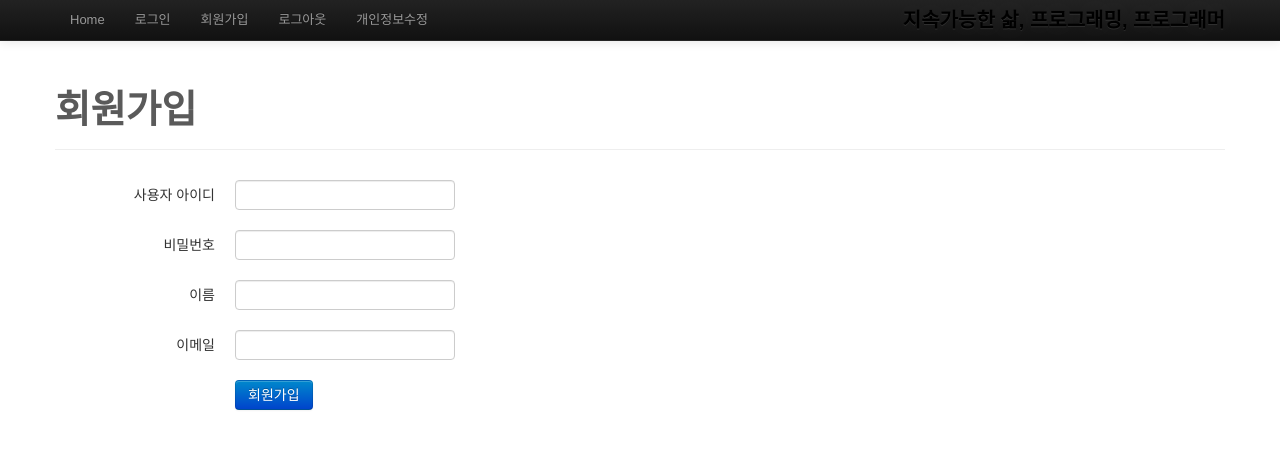
Repository: nekisse-lee/eclipse-workspace2
Page: http://localhost/member_management_jspservlet/form.jsp
The author's editor kept a copy of each file at every save. The page is drawn from the files as they stood at one save, then again after the next save.
The browser window is 1280 px wide. The pictures show the whole page.
The page is served by Tomcat 9.

Above is the page before, as saved 2017-09-21 11:42:06.

After the next save:
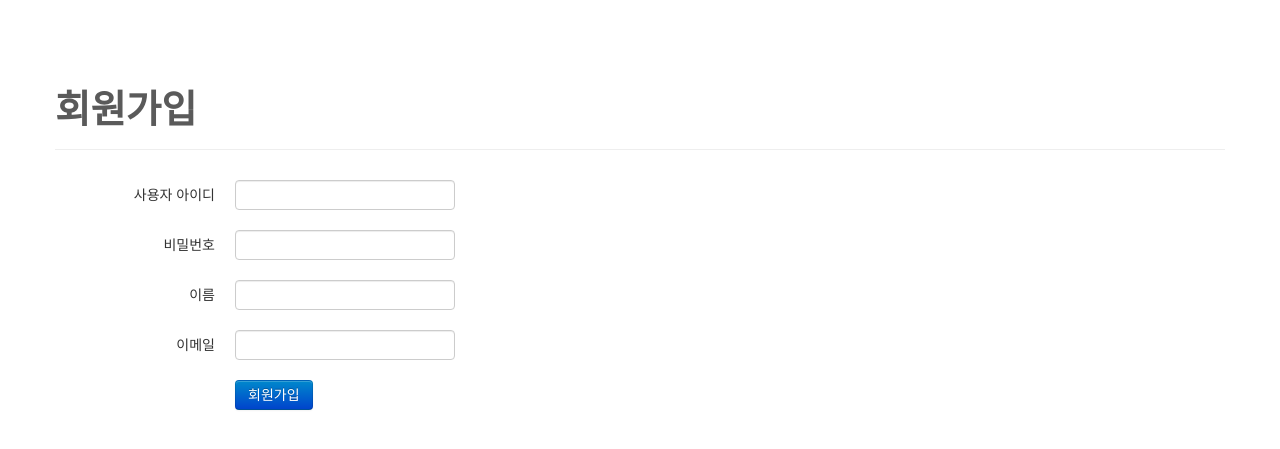
Saved 2 min 9 s later.
--- a/member_management_jspservlet/WebContent/form.jsp
+++ b/member_management_jspservlet/WebContent/form.jsp
@@ -3,31 +3,12 @@
 <!DOCTYPE html PUBLIC "-//W3C//DTD HTML 4.01 Transitional//EN" "http://www.w3.org/TR/html4/loose.dtd">
 <html>
 <head>
+
 <%@ include file="./commons/_head.jspf" %>
 
 </head>
 <body>
-    <div class="navbar navbar-inverse navbar-fixed-top">
-      <div class="navbar-inner">
-        <div class="container">
-          <button type="button" class="btn btn-navbar" data-toggle="collapse" data-target=".nav-collapse">
-            <span class="icon-bar"></span>
-            <span class="icon-bar"></span>
-            <span class="icon-bar"></span>
-          </button>
-          <a class="brand" href="/">지속가능한 삶, 프로그래밍, 프로그래머</a>
-          <div class="nav-collapse collapse">
-            <ul class="nav">
-              <li><a href="/">Home</a></li>
-              <li><a href="">로그인</a></li>
-              <li><a href="">회원가입</a></li>
-              <li><a href="">로그아웃</a></li>
-              <li><a href="">개인정보수정</a></li>
-            </ul>
-          </div>
-        </div>
-      </div>
-    </div>
+   <%@ include file="./commons/_top.jspf" %>
 
 	<div class="container">
 		<div class="row">
